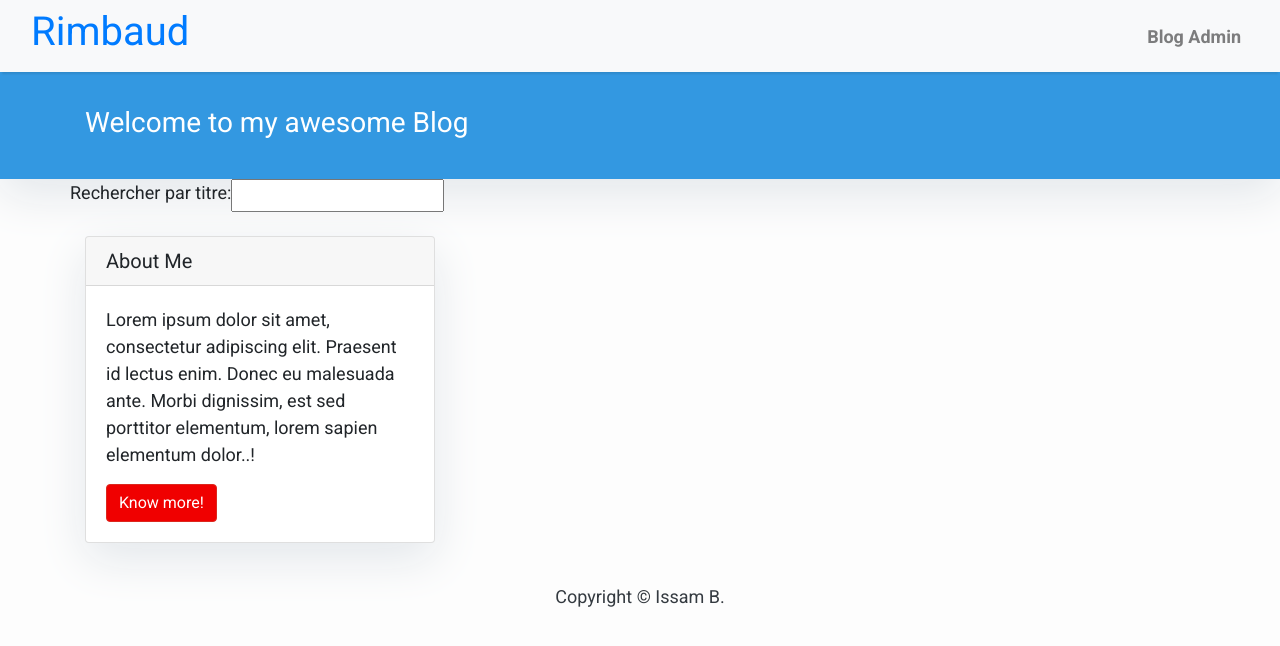
Repository: IssamBouzidi/rimbaud
Page: blog/templates/index.html
These files come from the project's save history. The page is drawn as it stood at one moment and after the next save; the edit follows.
The browser window is 1280 px wide. The pictures show the whole page.
The page is served by the project's application, run on Django 3.2 (manage.py). Other server files are loaded and not shown. The template is opened directly, without the code that normally fills it, so the values that code supplies are empty.

Above is the page before, as saved 2021-06-04 01:08:01.

### blog/templates/index.html
{% extends "base.html" %}
{% block content %}
<style>
    body {
        font-family: "Roboto", sans-serif;
        font-size: 18px;
        background-color: #fdfdfd;
    }

    .head_text {
        color: white;
    }

    .card {
        box-shadow: 0 16px 48px #E3E7EB;
    }
</style>

<header class="masthead">
    <div class="overlay"></div>
    <div class="container">
        <div class="row">
            <div class=" col-md-8 col-md-10">
                <div class="site-heading">
                    <h3 class=" site-heading my-4 mt-3 text-white"> Welcome to my awesome Blog </h3>
                    </p>
                </div>
            </div>
        </div>
    </div>
</header>
<div class="container">
    <div class="row">
        <!-- Blog Entries Column -->
        <span class="title_box">Rechercher par titre: </span>
        <input type="text" id="title_box" class="title_box search_box">

        <div class="col-md-8 mt-3 left">
            {% include "detail_article.html" %}
        </div>
        {% block sidebar %} {% include 'sidebar.html' %} {% endblock sidebar %}
    </div>
</div>
{%endblock%}

<script type="text/javascript">
    const search_boxes = document.getElementsByClassName('search_box')
    const block_list = document.getElementById('articles_block')

    const inputHandler = function (e) {
        console.log('function');
        value = document.getElementById("title_box").value;

        console.log('value: ' + value)
        request = new Request(
            '/search_article/' + value
        );

        fetch(request)
            .then(res => {
                if (res.ok) {
                    console.log('ok')
                    return res.text();
                } else {
                    console.log('error')
                    return Promise.reject(res.status);
                }
            })
            .then(res => block_list.innerHTML = res)
            .catch(err => console.log(`Erreur avec le message : ${err}`));
    }

    Array.prototype.forEach.call(search_boxes, function (search_box) { search_box.addEventListener('input', inputHandler) });

</script>

### blog/templates/base.html
<!DOCTYPE html>
<html>

    <head>
        <title>Django Central</title>
        <link href="https://fonts.googleapis.com/css?family=Roboto:400,700" rel="stylesheet">
        <meta name="google" content="notranslate" />
        <meta name="viewport" content="width=device-width, initial-scale=1" />
        <link rel="stylesheet" href="https://maxcdn.bootstrapcdn.com/bootstrap/4.0.0/css/bootstrap.min.css" integrity="sha384-Gn5384xqQ1aoWXA+058RXPxPg6fy4IWvTNh0E263XmFcJlSAwiGgFAW/dAiS6JXm"
            crossorigin="anonymous" />
    </head>

    <body>
        <style>
            body {
            font-family: "Roboto", sans-serif;
            font-size: 17px;
            background-color: #fdfdfd;
        }
        .shadow {
            box-shadow: 0 4px 2px -2px rgba(0, 0, 0, 0.1);
        }
        .btn-danger {
            color: #fff;
            background-color: #f00000;
            border-color: #dc281e;
        }
        .masthead {
            background: #3398E1;
            height: auto;
            padding-bottom: 15px;
            box-shadow: 0 16px 48px #E3E7EB;
            padding-top: 10px;
        }
    </style>

    <!-- {% block title %}{% if subtitle %}{{ subtitle }} | {% endif %}{{ title }} | {{ site_title|default:_('Django site admin') }}{% endblock %} -->
        <!-- Navigation -->
        <nav class="navbar navbar-expand-lg navbar-light bg-light shadow" id="mainNav">
            <div class="container-fluid">
                {% block branding %}
                    <h1 id="site-name"><a href="#">Rimbaud</a></h1>
                {% endblock %}
                <button class="navbar-toggler navbar-toggler-right" type="button" data-toggle="collapse" data-target="#navbarResponsive"
                    aria-controls="navbarResponsive" aria-expanded="false" aria-label="Toggle navigation">
                    <span class="navbar-toggler-icon"></span>
                </button>
                <div class="collapse navbar-collapse" id="navbarResponsive">
                    <ul class="navbar-nav ml-auto">
                        <li class="nav-item text-black">
                            <a class="nav-link text-black font-weight-bold" href="{% url 'admin:index' %}">
                                {{ site_title|default:_('Blog Admin') }}
                            </a>
                        </li>
                    </ul>
                </div>
            </div>
        </nav>
        {% block content %}
        <!-- Content Goes here -->
        {% endblock content %}
        <!-- Footer -->
        <footer class="py-3 bg-grey">
            <p class="m-0 text-dark text-center ">Copyright &copy; Issam B.</p>
        </footer>
    </body>
</html>

### blog/templates/detail_article.html
<ul>
    {% for article in articles %}
    <div class="card mb-4">
        <div class="card-body">
            <h2 class="card-title">{{ article.title }}</h2>
            <h4 class="card-title">{{ article.description }}</h4>
            <p class="card-text text-muted h6">Date limite de parition | {{ article.visibility_date_limit}} </p>
            <p class="card-text">{{article.article|slice:":200" }}</p>
            <a href="/article/{{ article.id }}" class="btn btn-primary">Read more...</a>
        </div>
    </div>
    {% endfor %}
</ul>

### blog/templates/sidebar.html
{% block sidebar %}

<style>
        .card{
            box-shadow: 0 16px 48px #E3E7EB;
        }

</style>

<!-- Sidebar Widgets Column -->
<div class="col-md-4 float-right ">
<div class="card my-4">
        <h5 class="card-header">About Me</h5>
    <div class="card-body">
        <p class="card-text"> Lorem ipsum dolor sit amet, consectetur adipiscing elit. Praesent id lectus enim. Donec eu malesuada ante. Morbi dignissim, est sed porttitor elementum, lorem sapien elementum dolor..!</p>
        <a href="#" class="btn btn-danger">Know more!</a>
    </div>
</div>
</div>

{% endblock sidebar %}

### rimbaud/urls.py
"""rimbaud URL Configuration

The `urlpatterns` list routes URLs to views. For more information please see:
    https://docs.djangoproject.com/en/3.1/topics/http/urls/
Examples:
Function views
    1. Add an import:  from my_app import views
    2. Add a URL to urlpatterns:  path('', views.home, name='home')
Class-based views
    1. Add an import:  from other_app.views import Home
    2. Add a URL to urlpatterns:  path('', Home.as_view(), name='home')
Including another URLconf
    1. Import the include() function: from django.urls import include, path
    2. Add a URL to urlpatterns:  path('blog/', include('blog.urls'))
"""
from django.contrib import admin
from django.urls import include, path

urlpatterns = [
    path('admin/', admin.site.urls),
    path('', include('blog.urls'))
]

### blog/urls.py
from django.urls import path

from . import views

urlpatterns = [
    path("", views.get_all),
    path("article/<str:id>", views.get_article),
    path("search_article/", views.search_article),
    path("search_article/<str:title>", views.search_article)
]

After the next save:
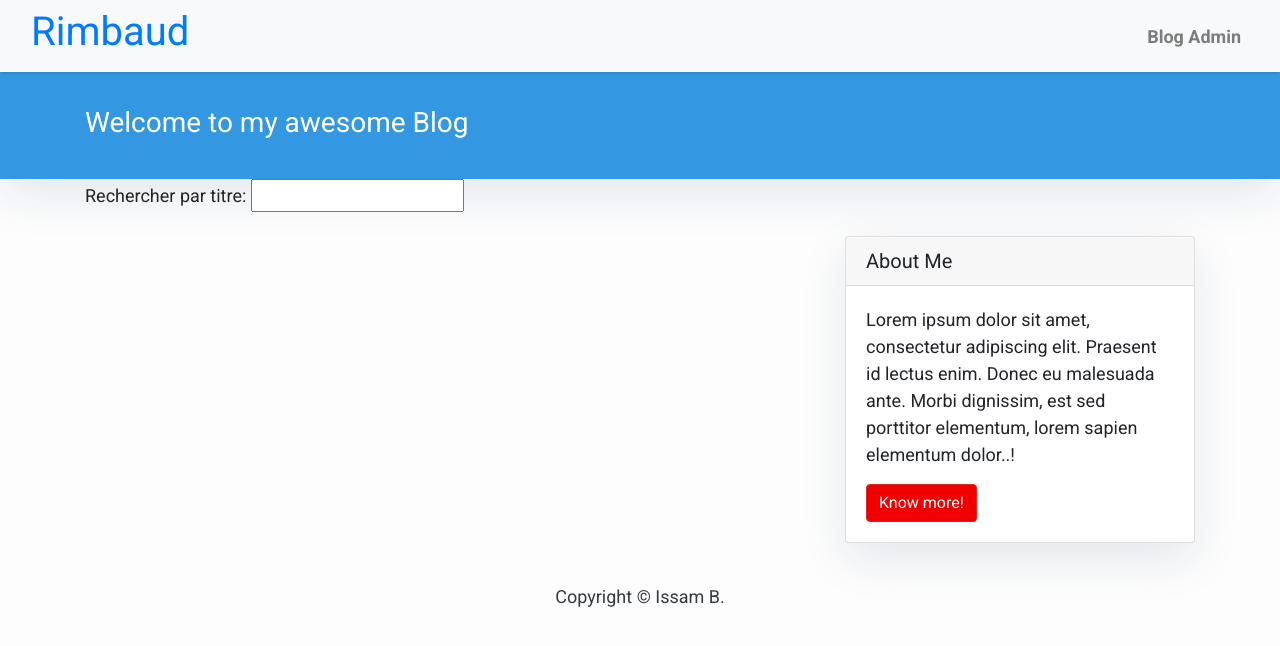
Saved 30 s later.
--- a/blog/templates/index.html
+++ b/blog/templates/index.html
@@ -30,11 +30,10 @@
     </div>
 </header>
 <div class="container">
+    <span class="title_box">Rechercher par titre: </span>
+    <input type="text" id="title_box" class="title_box search_box">
     <div class="row">
         <!-- Blog Entries Column -->
-        <span class="title_box">Rechercher par titre: </span>
-        <input type="text" id="title_box" class="title_box search_box">
-
         <div class="col-md-8 mt-3 left">
             {% include "detail_article.html" %}
         </div>
